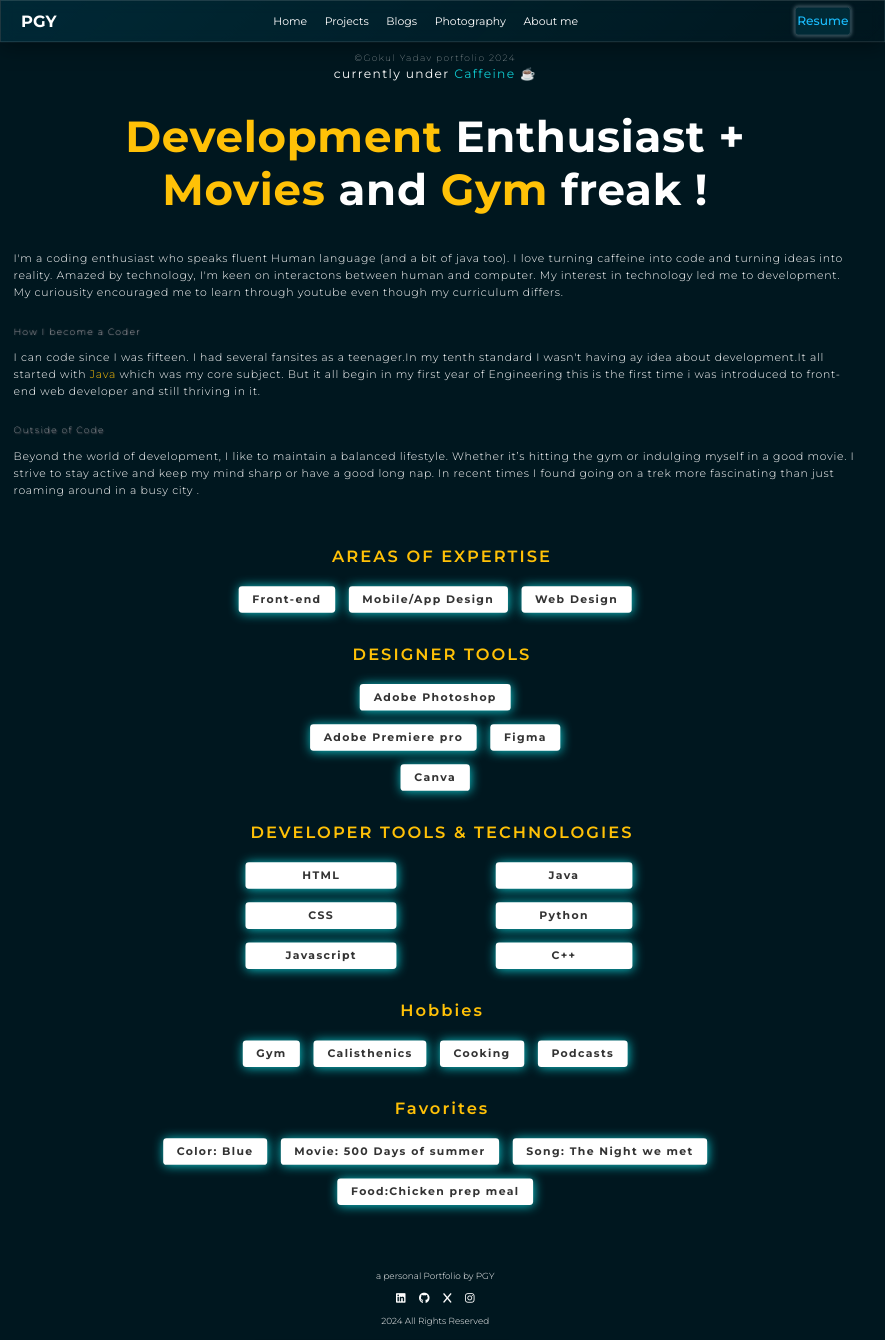
Repository: pgyunknown/pgyunknown
Page: aboutme.html
An editor plug-in stored every save of this project. The page is shown before and after the next save, followed by the edit.
The browser window is 1280 px wide. The page is 1302 px wide, so the pictures cover 1302 px, including what lies to the right of the window. The pictures show the whole page, at 68% of full size.
Some web libraries are served in a nearby version.

Above is the page before, as saved 2024-08-25 14:46:26.

### aboutme.html
<!DOCTYPE html>
<html lang="en">
<head>
    <meta charset="UTF-8">
    <meta name="viewport" content="width=device-width, initial-scale=1.0">
    <title>Personal portfolio</title>
    <link rel="stylesheet" href="aboutme.css">
    <link rel="preconnect" href="https://fonts.googleapis.com">
<link rel="preconnect" href="https://fonts.gstatic.com" crossorigin>
<link href="https://fonts.googleapis.com/css2?family=Libre+Baskerville:ital,wght@0,400;0,700;1,400&family=Montserrat:ital,wght@0,100..900;1,100..900&family=Titillium+Web:ital,wght@0,200;0,300;0,400;0,600;0,700;0,900;1,200;1,300;1,400;1,600;1,700&display=swap" rel="stylesheet">
<link rel="stylesheet" href="https://cdnjs.cloudflare.com/ajax/libs/font-awesome/6.6.0/css/all.min.css" integrity="sha512-Kc323vGBEqzTmouAECnVceyQqyqdsSiqLQISBL29aUW4U/M7pSPA/gEUZQqv1cwx4OnYxTxve5UMg5GT6L4JJg==" crossorigin="anonymous" referrerpolicy="no-referrer" />
</head>
<body>

    <header class="h">
        <div class="pgy_con">
                <div class="pgy"><a href="#">PGY</a></div>
        </div>
        <nav>
                <div class="nav_bar">
                <a href="index.html" id="home">Home</a>
                <a href="project.html"id="projects">Projects</a>
                <a href="blog.html"id="blogs">Blogs</a>
                <a href="photography.html"id="photo">Photography</a>
                <a href="aboutme.html"id="About">About me</a>
                </div>
            </nav>
        <div class="resume_con">
                <button onclick="alert('Resume yet to be uploaded')">Resume</button>
        </div>
    </header>

    <main>
        <div class="caption">
        <div class="caption1"><p><span>&#169;</span>Gokul Yadav portfolio 2024</p></div>
        <div class="caption2"><p>currently under <span>Caffeine</span> &#9749</p></div>
    </div>

    <div class="about">
        <div class="about1"><h1><span>Development</span> Enthusiast +</h1></div>
        <div class="about2"><h1><span>Movies</span> and <span>Gym</span> freak !</h1></div>
    </div>

    <div class="aboutme">
        <p>I'm a coding enthusiast who speaks fluent Human language (and a bit of java too). I love turning caffeine into code and turning ideas into reality. Amazed by technology, I'm keen on interactons between human and computer. My interest in technology led me to development. My curiousity encouraged me to learn through youtube even though my curriculum differs.</p><br><br>
        <h5>How I become a Coder</h5><br>
        <p>I can code since I was fifteen. I had several fansites as a teenager.In my tenth standard I wasn't having ay idea about development.It all started with <span>Java</span> which was my core subject. But it all begin  in my first year of Engineering this is the first time i was introduced to front-end web developer and still thriving in it.</p><br><br>
        <h5>Outside of Code</h5><br>
        <p>Beyond the world of development, I like to maintain a balanced lifestyle. Whether it’s hitting the gym or indulging myself in a good movie. I strive to stay active and keep my mind sharp or have a good long nap. In recent times I found going on a trek more fascinating than just roaming around in a  busy city .</p>

    </div>

    <div class="container">
        <div class="heading">
            <h1>AREAS OF EXPERTISE</h1>
        </div>
        <div class="areas">
            <ul>
                <li>Front-end</li>
                <li>Mobile/App Design</li>
                <li>Web Design</li>
            </ul>
        </div><br><br>
        <div class="heading">
            <h1>DESIGNER TOOLS</h1>
        </div>
        <div class="tools">
            <div class="column">
                <ul>
                    <li>Adobe Photoshop</li>
                    <li>Adobe Premiere pro</li>
                    <li>Figma</li>
                    <li>Canva</li>
                </ul>
            </div>
            <!-- <div class="column">
                <ul>
                    <li>Adobe Illustrator</li>
                    <li>Adobe InDesign</li>
                    <li>FigJam</li>
                    <li>Zeplin</li>
                    <li>SketchUp</li>
                </ul>
            </div> -->
        </div><br><br>
        <div class="heading">
            <h1>DEVELOPER TOOLS & TECHNOLOGIES</h1>
        </div>
        <div class="technologies">
            <div class="column">
                <ul>
                    <li>HTML</li>
                    <li>CSS</li>
                    <li>Javascript</li>
                </ul>
            </div>
            <div class="column">
                <ul>
                    <li>Java</li>
                    <li>Python</li>
                    <li>C++</li>
                </ul>
            </div>
        </div><br><br>

                <div class="heading">
            <h1>Hobbies</h1>
        </div>
        <div class="areas">
            <ul>
                    <li>Gym</li>
                    <li>Calisthenics</li>
                    <li>Cooking</li>
                    <li>Podcasts</li>
            </ul>
        </div><br><br>

        <div class="heading">
            <h1>Favorites</h1>
        </div>
        <div class="areas">
            <ul>
                    <li>Color: Blue</li>
                    <li>Movie: 500 Days of summer</li>
                    <li>Song: The Night we met</li>
                    <li>Food:Chicken prep meal</li>
            </ul>
        </div><br><br>
    </main>

    <footer>
        <div class="footer_port">a personal Portfolio by PGY</div>
        <div class="footer_icons">
            <a href="https://www.linkedin.com/in/p-gokul-yadav-82548a295?utm_source=share&utm_campaign=share_via&utm_content=profile&utm_medium=android_app" alt="Gokul's linkedin profile" target="_blank"><i class="fa-brands fa-linkedin"></i></a>
            <a href="https://github.com/pgyunknown" alt="Gokul Github profile" target="_blank" alt="Gokul's Github profile" ><i class="fa-brands fa-github"></i></a>
            <a href=" https://x.com/cody_hunk?t=EkARfGCWhhBT_BHbby4DGw&s=08 " target="_blank" alt="Gokul's X profile" ><i class="fa-brands fa-x" ></i></a>
            <a href="#" target="_blank" alt="Gokul's fa-instagram profile" ><i class="fa-brands fa-instagram" ></i></a>
        </div>
        <div class="copyrights">2024 All Rights Reserved</div>
    </footer>

### aboutme.css
*{margin: 0px;
    padding: 0px;
}
body{
    background-color: #00171F;
    color: white;
    box-sizing: border-box;


}
a{
    text-decoration: none;
    color: inherit;
}

header{
    display: flex;
    justify-content: space-between;
    align-items: center;
    padding: 10px;
    /* Glassy effect */
    background: linear-gradient(135deg, rgba(0, 200, 255, 0.1), rgba(255, 255, 255, 0));
    backdrop-filter: blur(10px);
    -webkit-backdrop-filter: blur(10px);
    border:1px solid rgba(255, 255, 255, 0.18);
    box-shadow: 0 8px 32px 0 rgba(0, 0, 0, 0.37);
    overflow: hidden;
    position: sticky; /* Set the navbar to fixed position */
    top: 0; /* Position the navbar at the top of the page */
    height: 40px;
    width: 100%;
}

.pgy_con
{
    margin-left: 20px;
    font-family: "Montserrat", sans-serif;
    font-optical-sizing: auto;
    font-size: x-large;
    font-weight: 700;
    font-style: normal;
    align-items: end;

}

.pgy_con .pgy a{
    text-decoration: none;
}
.nav_bar {
        /* height: 50px; */
    width: 500px;
    display: flex;
    justify-content: space-evenly;
    transition-property: all;
    transition-timing-function: ease-in-out;
    transition-delay: 1s;
}

.nav_bar a{
    box-sizing: border-box;
    font-family: "Montserrat", sans-serif;
    font-optical-sizing: auto;
    font-weight: 400;
    font-style: normal;
    text-decoration: none;
    justify-content: space-around;
    align-items: center;
    padding-top:10px;
    padding-bottom :10px;
    /* padding-right:10px ;
    padding-left:10px ; */
}

.nav_bar a:hover{
    color: #FFC107;
    text-shadow: #FFC107 0px 0px  1px;
    border-bottom: 0.5px solid #FFC107;


}


.resume_con {
    display: flex;
    justify-content: center;
    margin-right: 20px;
    background-color: #00171F;
    margin-right: 40px;
}
.resume_con button{
    background-color:rgba(0, 200, 255, 0.1);
    box-sizing: content-box;
    height: 2.5rem;
    width: 5rem;
    font-family: "Montserrat", sans-serif;
    font-optical-sizing: auto;
    font-size: large;
    font-weight: 500;
    font-style: normal;
    color: #1ABEFF;
    border: 0.0001px solid #3c555f;
    border-radius: 0.3rem;
    box-shadow: 0px 0px 5px 2px #3c555f;

}

main{
    height: 100%;
    width: 100%;
    position: relative;
}
main .caption{
    line-height: 25px;
    letter-spacing: 2px;
    display: flex;
    flex-direction:column;
    justify-content: top;
    align-items: center;
    margin: 10px;
    padding-bottom: 30px;
    /* color: #1ABEFF;
    border: 0.0001px solid #3c555f;
    border-radius: 0.3rem;
    box-shadow: 0px 0px 5px 2px #3c555f; */

}

main .caption .caption1{
    font-family: "Montserrat", sans-serif;
    font-optical-sizing: auto;
    font-size: smaller;
    font-weight: 100;
    font-style: normal;
}

main .caption .caption2{
    font-family: "Montserrat", sans-serif;
    font-optical-sizing: auto;
    font-size: large;
    font-weight: 400;
    font-style: normal;
}

main .caption .caption2 span{
    color: #0ecad0;
}

main .about{
    display: flex;
    flex-direction:column;
    justify-content: top;
    align-items: center;
    margin: 10px;
    padding-bottom: 30px;
    letter-spacing: 1px;

    font-family: "Montserrat", sans-serif;
    font-optical-sizing: auto;
    font-size: xx-large;
    font-weight: 400;
    font-style: normal;
}

main .aboutme{
    margin: 20px;
}
main .about span{
    color: #FFC107;
}

main .aboutme h5{
    font-family: "Montserrat", sans-serif;
    font-optical-sizing: auto;
    font-size: light;
    font-weight: 100;
    font-style: normal;
    letter-spacing: 2px;
    text-shadow: 1px 1px 2px pink;
}
main .aboutme p{
    letter-spacing: 1px;
    line-height: 25px;

    font-family: "Montserrat", sans-serif;
    font-optical-sizing: auto;
    font-size: normal;
    font-weight: 300;
    font-style: normal;
}

main .aboutme span{
    color: #FFC107;
}

.container {
    width: 80%;
    margin: 0 auto;
    padding: 50px 0;
    text-align: center;
}
.heading {
    margin-bottom: 20px;
}
.heading h1 {
    letter-spacing: 3px;
    color: #FFC107;
    font-size: 24px;
    margin-left: 20px;
    font-family: "Montserrat", sans-serif;
    font-optical-sizing: auto;
    font-size: x-large;
    font-weight: 600;
    font-style: normal;
    align-items: end;

}
.areas ul,
.tools ul,
.technologies ul {
    list-style: none;
    padding: 0;
    margin: 0;
    display: flex;
    flex-direction: row;
    flex-wrap: wrap;
    justify-content: center;
    letter-spacing: 2px;

        /* font-size: 24px;
    margin-left: 20px; */
    font-family: "Montserrat", sans-serif;
    font-optical-sizing: auto;
    font-size: normal;
    font-weight: 700;
    font-style: bold;
}
.areas li,
.tools li,
.technologies li {
    background-color: #fff;
    padding: 10px 20px;
    margin: 10px;
    border-radius: 5px;
    color: #333;
    box-shadow: 1px 1px 15px #0ecad0;
}
.tools,
.technologies {
    display: flex;
    justify-content: center;
    align-items: center;
}
.tools .column,
.technologies .column li{
    width: 48%;
    display: flex;
    flex-direction: column;
}
.designed {
    margin-top: 50px;
    font-size: 14px;
    color: #666;
}

.fav{
        list-style: none;
    padding: 0;
    margin: 0;
    display: flex;
    flex-direction: row;
    flex-wrap: wrap;
    justify-content: center;
    letter-spacing: 2px;
}


footer{
    display: flex;
    flex-direction:column;
    justify-content: space-evenly;
    align-items: center;
    margin-bottom: 20px;

    font-family: "Montserrat", sans-serif;
    font-optical-sizing: auto;
    font-size: small;
    font-weight: 300;
    font-style: normal;
}

.footer_icons{
    display: flex;
    justify-content: center;
    align-items: center;
    width: 50px;
    height: 50px;
}



.copyrights{
    display: flex;
    justify-content: center;
    align-items: center;
}

.footer_icons a{
font-size: medium;
padding: 10px;
width: 50px;
height: 50px;
display: flex;
justify-content: center;
align-items: center;

}

After the next save:
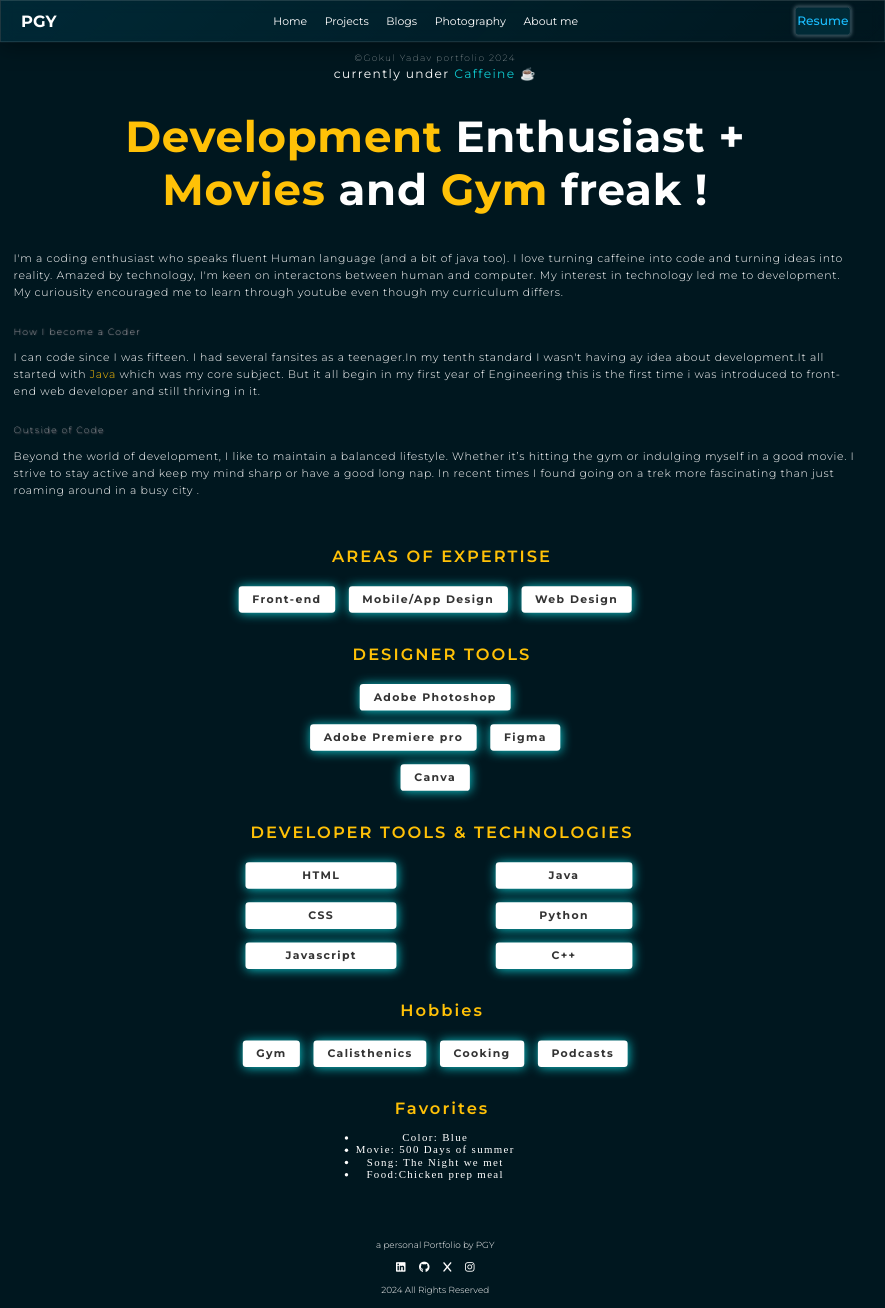
Saved 5 s later.
--- a/aboutme.html
+++ b/aboutme.html
@@ -118,7 +118,7 @@
         <div class="heading">
             <h1>Favorites</h1>
         </div>
-        <div class="areas">
+        <div class="fav">
             <ul>
                     <li>Color: Blue</li>
                     <li>Movie: 500 Days of summer</li>
